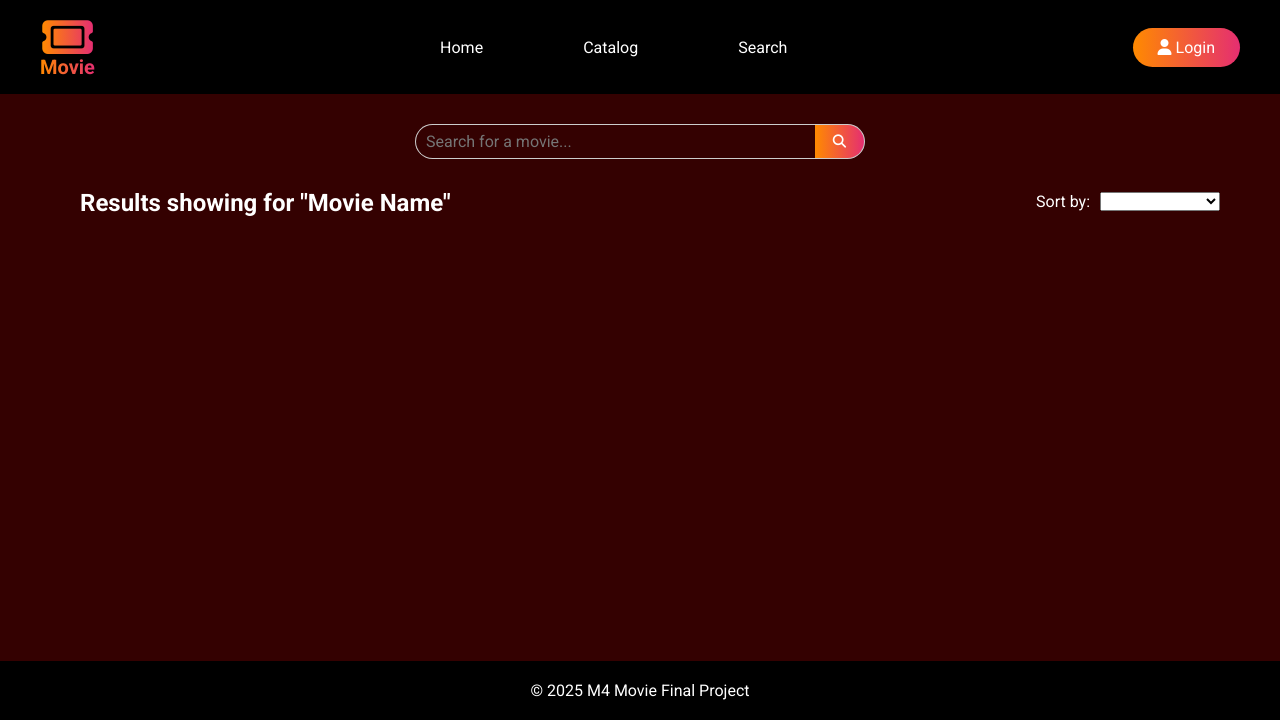
Repository: avivanguyen/m4_movie-FinalProject
Page: index.html
The author's editor kept a copy of each file at every save. The page is drawn from the files as they stood at one save, then again after a run of saves.
The browser window is 1280 px wide. The pictures show the whole page.
Some web libraries are served in a nearby version.

Above is the page before, as saved 2025-12-30 08:33:04.

After the next 4 saves:
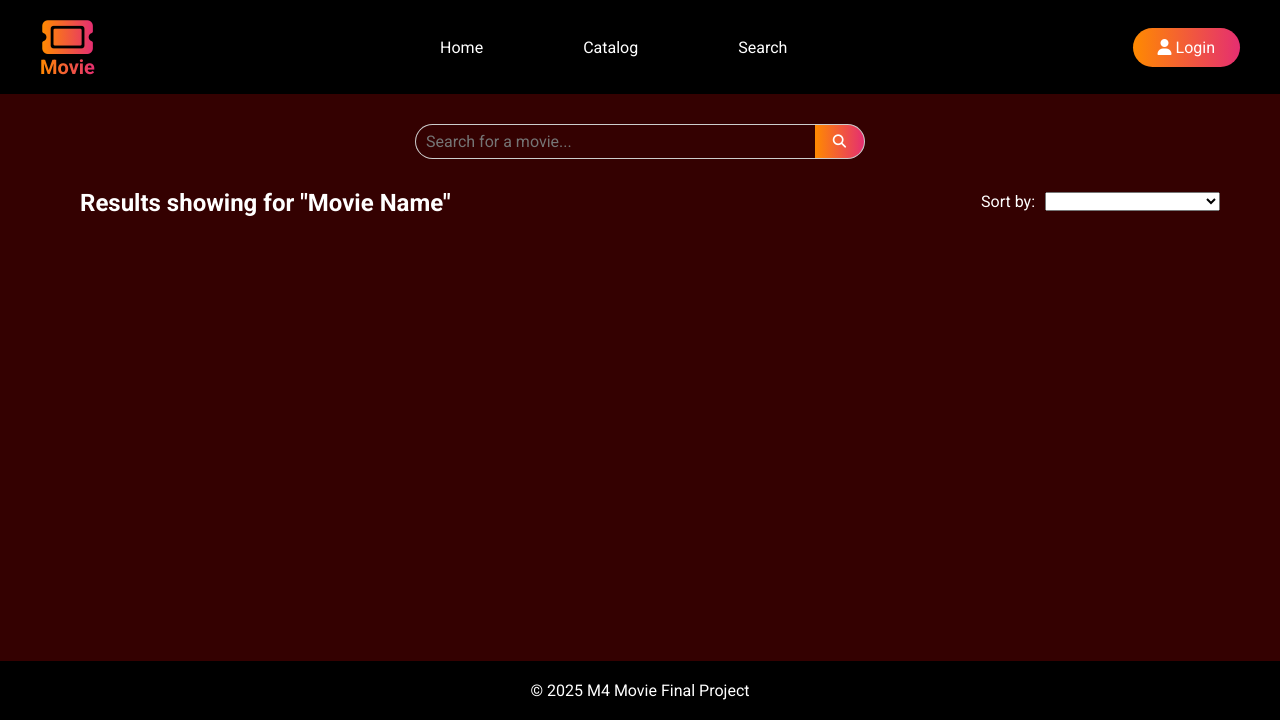
The 4 saves are shown as one change because they came seconds apart.
The last was saved 11 s later.
--- a/index.html
+++ b/index.html
@@ -44,8 +44,8 @@
                         <option value="title-default">   </option>
                         <option value="title-ascending">Movie Title (A-Z)</option>
                         <option value="title-descending">Movie Title (Z-A)</option>
-                        <option value="title-descending">Movie Title (Z-A)</option>
-                        <option value="title-descending">Movie Title (Z-A)</option>
+                        <option value="year-descending">Movie Year (Newest First)</option>
+                        <option value="year-ascending">Movie Year (Oldest First)</option>
                     </select>
                 </div>
                 <div class="loading hidden">
